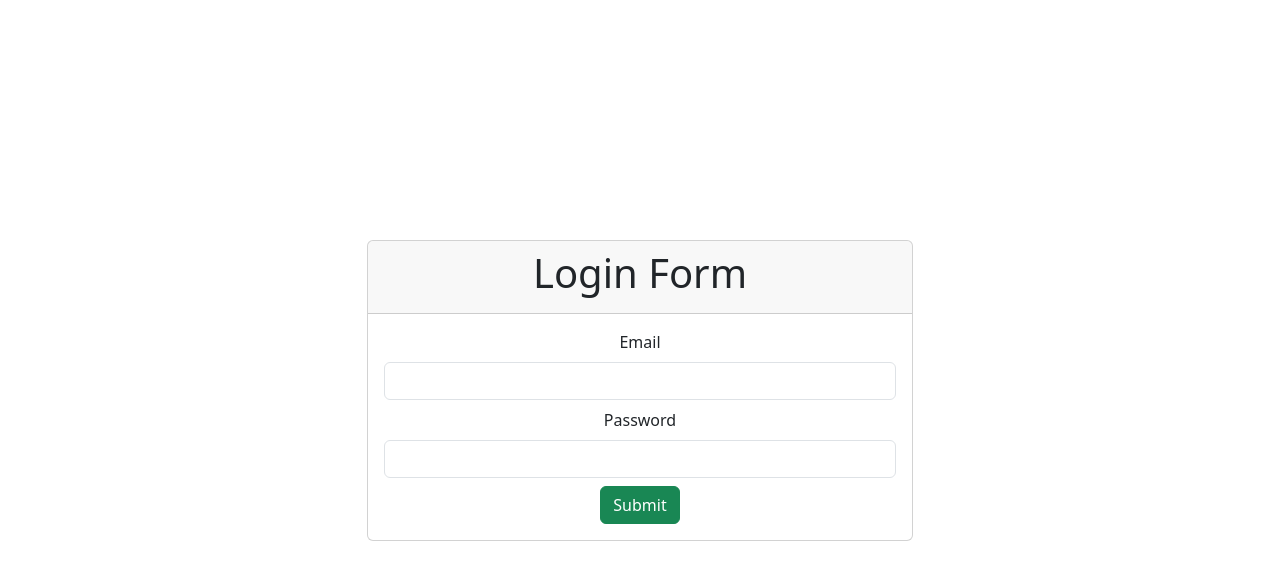
Repository: Laxman-Nath/java-internship
Page: http://localhost/Demo/login.jsp
An editor plug-in stored every save of this project. The page is shown before and after the next save, followed by the edit.
The browser window is 1280 px wide. The pictures show the whole page.
The page is served by Tomcat 9. Other server files are loaded and not shown.

Above is the page before, as saved 2024-09-01 10:20:56.

### Servlet_JSP/Demo/src/main/webapp/login.jsp
<%@ page language="java" contentType="text/html; charset=UTF-8"
	pageEncoding="UTF-8"%>
<!DOCTYPE html>
<html>
<head>
<meta charset="UTF-8">
<title>Login Form</title>
<link
	href="https://cdn.jsdelivr.net/npm/bootstrap@5.3.3/dist/css/bootstrap.min.css"
	rel="stylesheet"
	integrity="sha384-QWTKZyjpPEjISv5WaRU9OFeRpok6YctnYmDr5pNlyT2bRjXh0JMhjY6hW+ALEwIH"
	crossorigin="anonymous">
</head>
<body>
	<div class="container" style="margin-top:240px;">
	<div class="row">
	<div class="col-md-6 offset-md-3">
	<div class="card">
	<div class="card-header"><h1 class="text-center">Login Form</h1></div>
	<div class="card-body" class="">
	  <form action="" method="" class="text-center">
	   <div class="mb-2">
	   <label class="form-label">Email</label>
	   <input type="email" required class="form-control">
	   </div>
	   <div class="mb-2">
	   <label class="form-label">Password</label>
	   <input type="password" required class="form-control">
	   </div>
	   <button class="btn btn-success" type="submit">Submit</button>
	  </form>
	</div>
	</div>
	</div>
	</div>
	</div>

</body>
<script
	src="https://cdn.jsdelivr.net/npm/bootstrap@5.3.3/dist/js/bootstrap.bundle.min.js"
	integrity="sha384-YvpcrYf0tY3lHB60NNkmXc5s9fDVZLESaAA55NDzOxhy9GkcIdslK1eN7N6jIeHz"
</html>

After the next save:
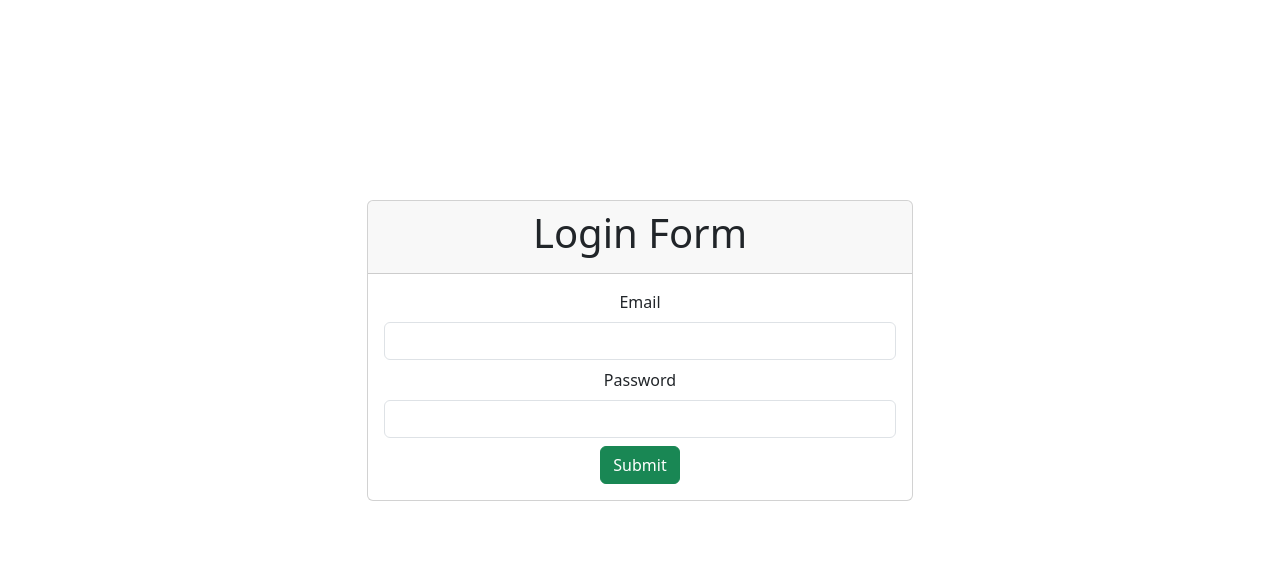
Saved 9 s later.
--- a/Servlet_JSP/Demo/src/main/webapp/login.jsp
+++ b/Servlet_JSP/Demo/src/main/webapp/login.jsp
@@ -12,7 +12,7 @@
 	crossorigin="anonymous">
 </head>
 <body>
-	<div class="container" style="margin-top:240px;">
+	<div class="container" style="margin-top:200px;">
 	<div class="row">
 	<div class="col-md-6 offset-md-3">
 	<div class="card">
